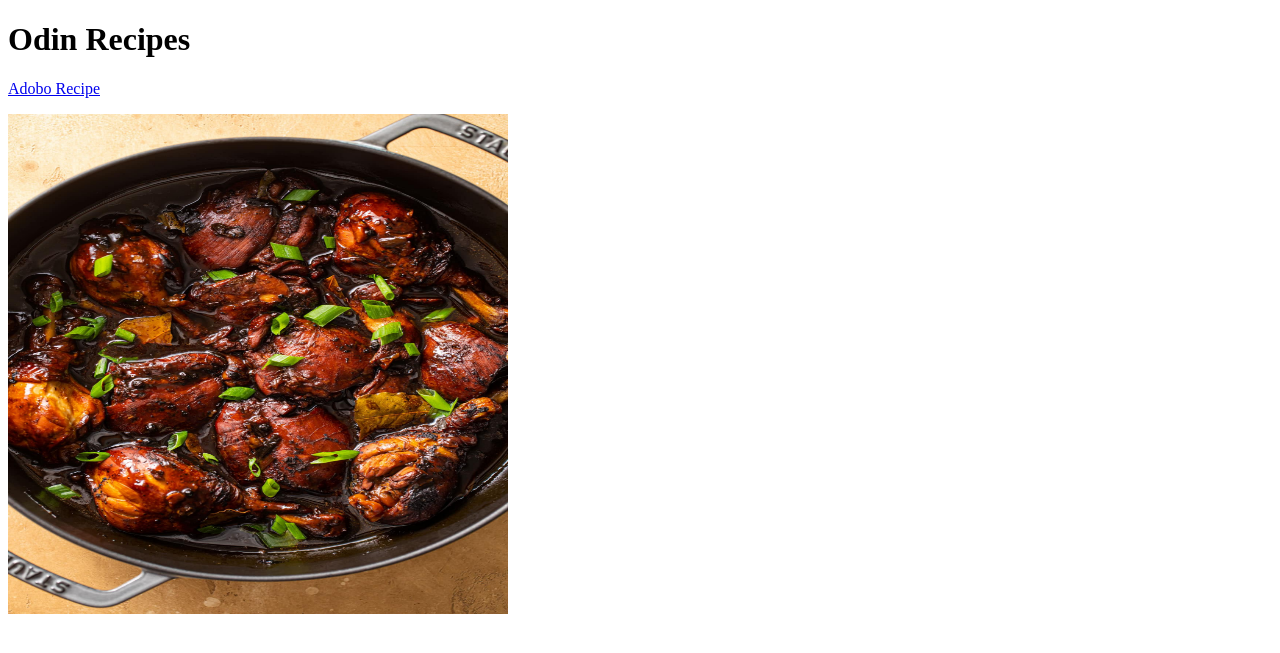
Repository: StevePrado/odin-recipes
Page: index.html
These files come from the project's save history. The page is drawn as it stood at one moment and after the next save; the edit follows.
The browser window is 1280 px wide. The pictures show the whole page.

Above is the page before, as saved 2026-09-19 09:12:06.

### index.html
<!DOCTYPE html>
<html lang="en">
<head>
  <meta charset="UTF-8">
  <meta name="viewport" content="width=device-width, initial-scale=1.0">
  <title>Document</title>
</head>
<body>
  <h1>Odin Recipes</h1>
  <a href="recipes/adobo.html">Adobo Recipe</a>
  <p></p>
  <img src="assets/adobo.jpg" alt="Adobo Dish Picture" height="500" width="500">


</body>
</html>

After the next save:
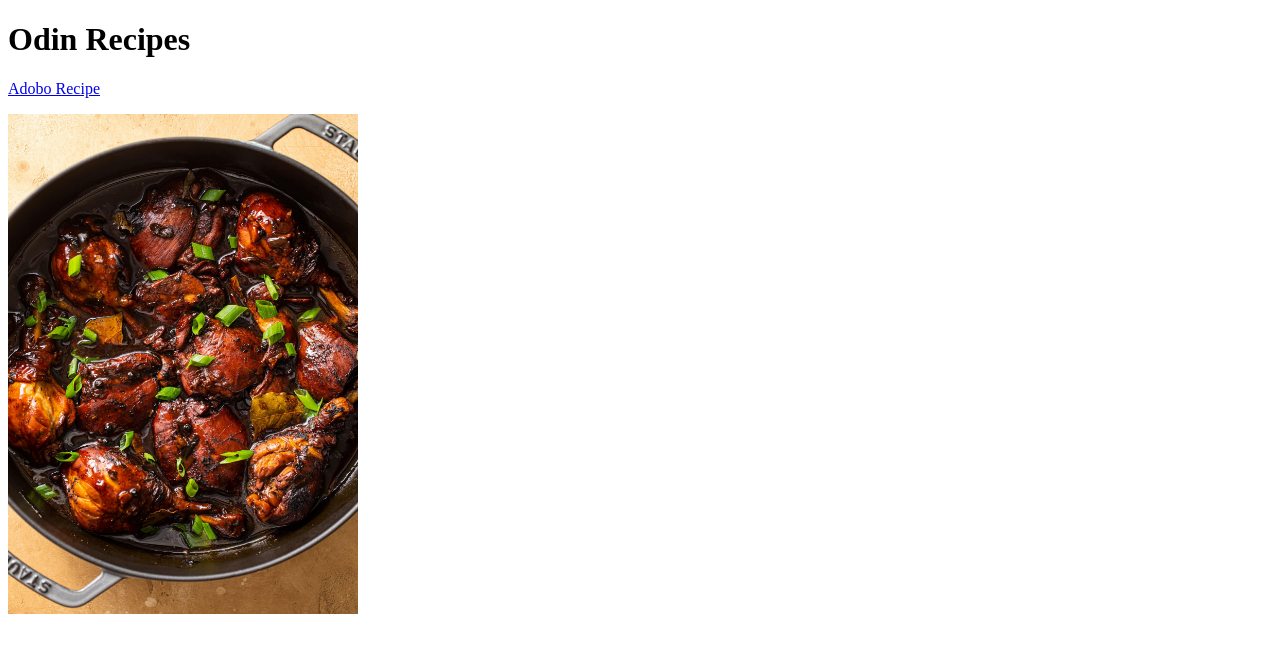
Saved 22 s later.
--- a/index.html
+++ b/index.html
@@ -9,7 +9,7 @@
   <h1>Odin Recipes</h1>
   <a href="recipes/adobo.html">Adobo Recipe</a>
   <p></p>
-  <img src="assets/adobo.jpg" alt="Adobo Dish Picture" height="500" width="500">
+  <img src="assets/adobo.jpg" alt="Adobo Dish Picture" height="500" width="350">
 
 
 </body>
